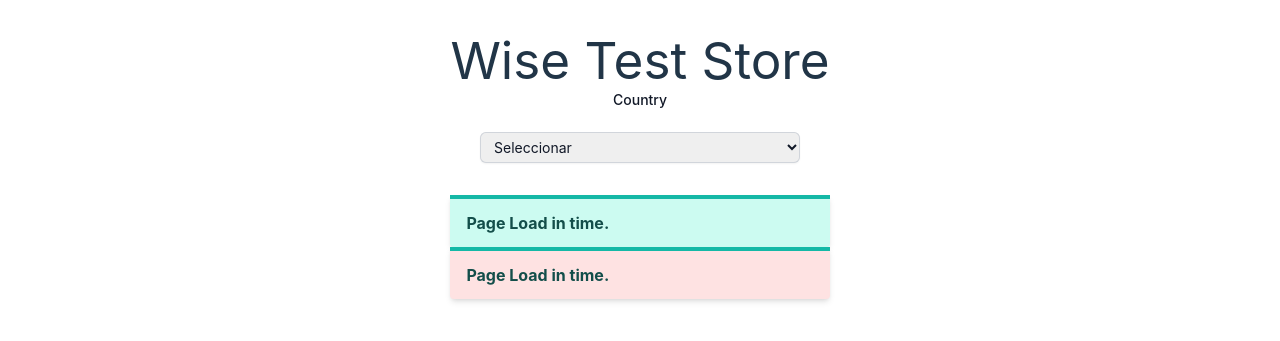
Repository: marianozamora/reactredux-wise
Page: /
An editor plug-in stored every save of this project. The page is shown before and after the next save, followed by the edit.
The browser window is 1280 px wide. The pictures show the whole page.
The page's requests for data from a server got no answer. The project was rebuilt for these pictures with package versions that can differ from the ones it lists, and the page was loaded fresh each time. No one was signed in, and anything a server would have sent is missing. Also part of the build but not shown: vite.config.ts.

Above is the page before, as saved 2023-04-08 02:44:06.

After the next save:
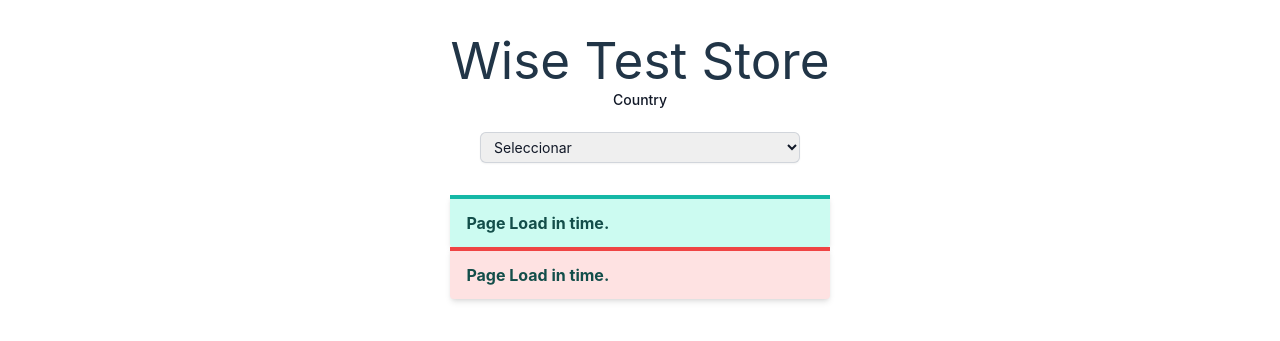
Saved 4 s later.
--- a/src/App.tsx
+++ b/src/App.tsx
@@ -90,7 +90,7 @@ function App() {
           </div>
         </div>
       </div>
-      <div className="bg-red-100  border-teal-500 border-t-4 rounded-b text-teal-900 px-4 py-3 shadow-md" role="alert">
+      <div className="bg-red-100  border-red-500 border-t-4 rounded-b text-teal-900 px-4 py-3 shadow-md" role="alert">
         <div className="flex">
           <div>
             <p className="font-bold">Page Load in time.</p>
